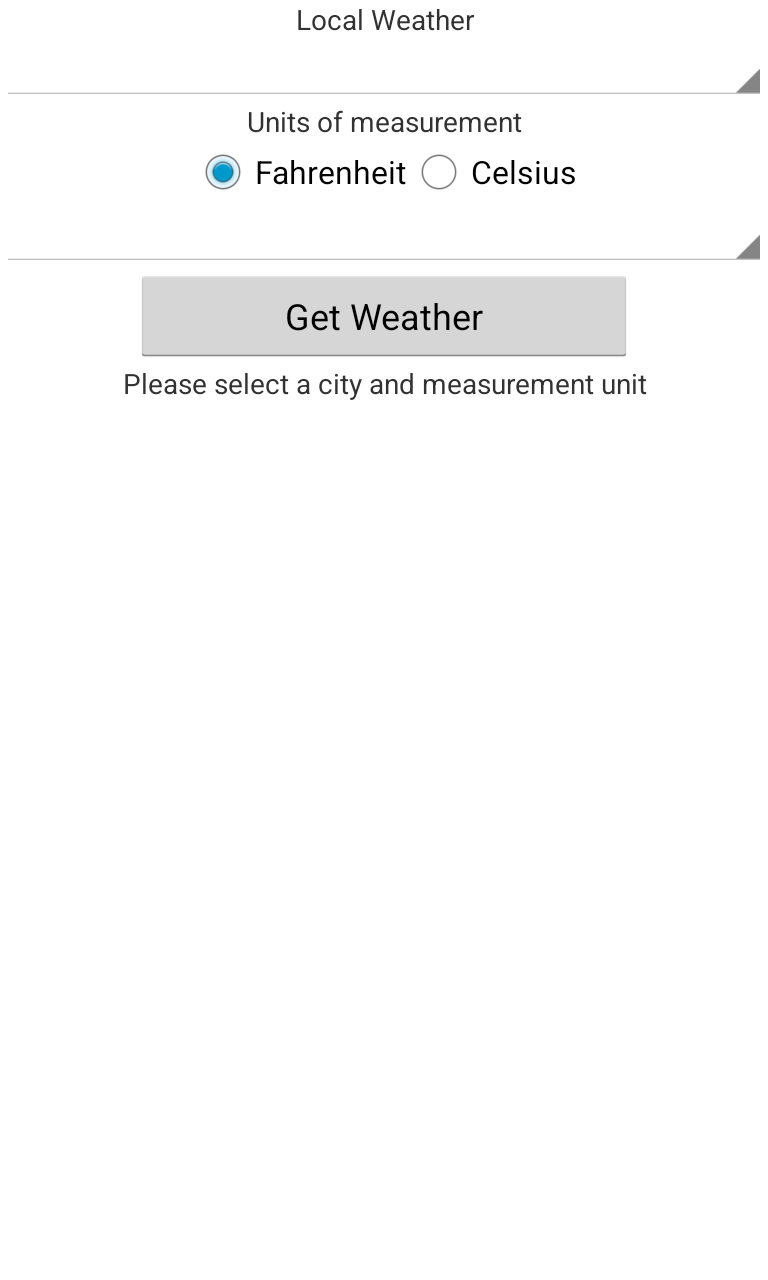
Repository: efreestone/Java1
Layout: Java1Project4/res/layout/activity_main.xml
An editor plug-in stored every save of this project. The layout is shown before and after the next save, followed by the edit.
It is drawn on a 768 x 1280 px phone screen (xhdpi) without system bars, with theme AppTheme; the app's code is not run.

Above is the layout before, as saved 2014-03-26 00:40:11.

After the next save:
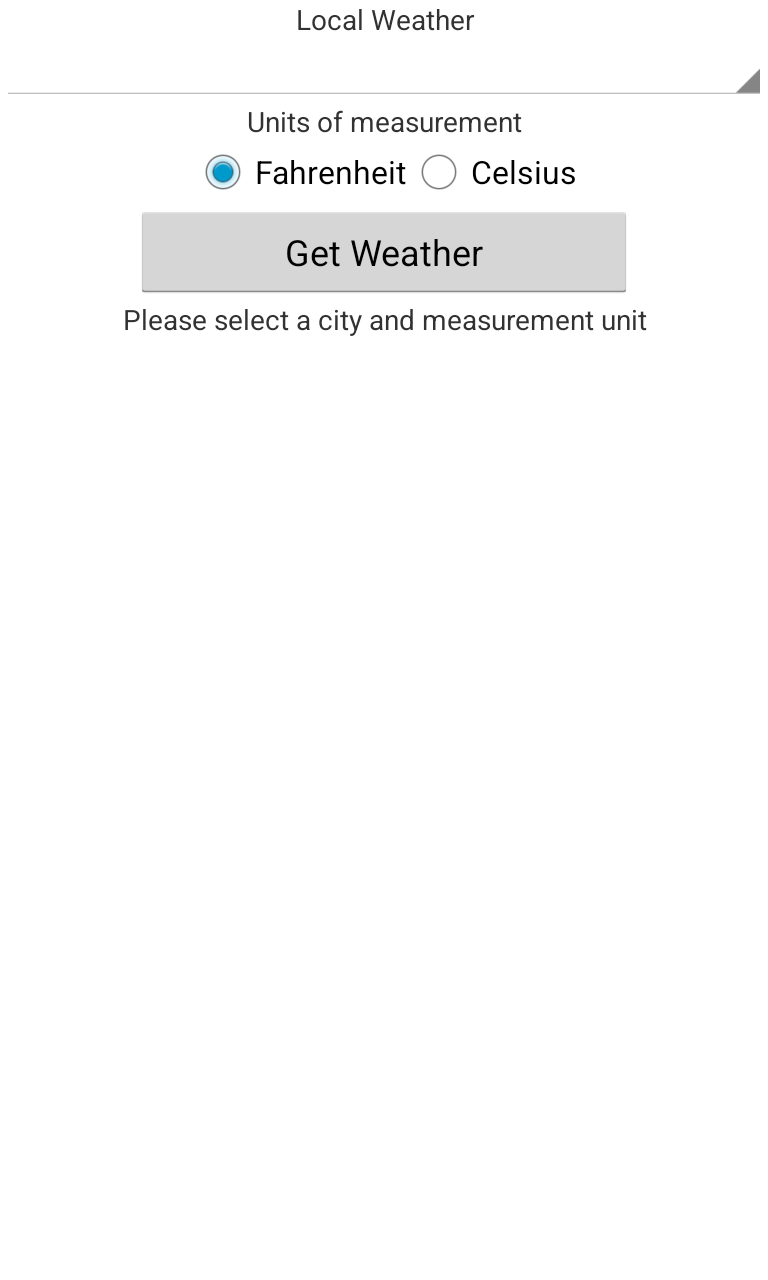
Saved 2 min 16 s later.
--- a/Java1Project4/res/layout/activity_main.xml
+++ b/Java1Project4/res/layout/activity_main.xml
@@ -58,7 +58,7 @@
             android:layout_width="match_parent"
             android:layout_height="wrap_content"
             android:dropDownVerticalOffset="-45dp"
-            />
+            android:background="@android:color/background_dark"/>
 
         <!-- Get Weather Button -->
         <Button

After the save that followed:
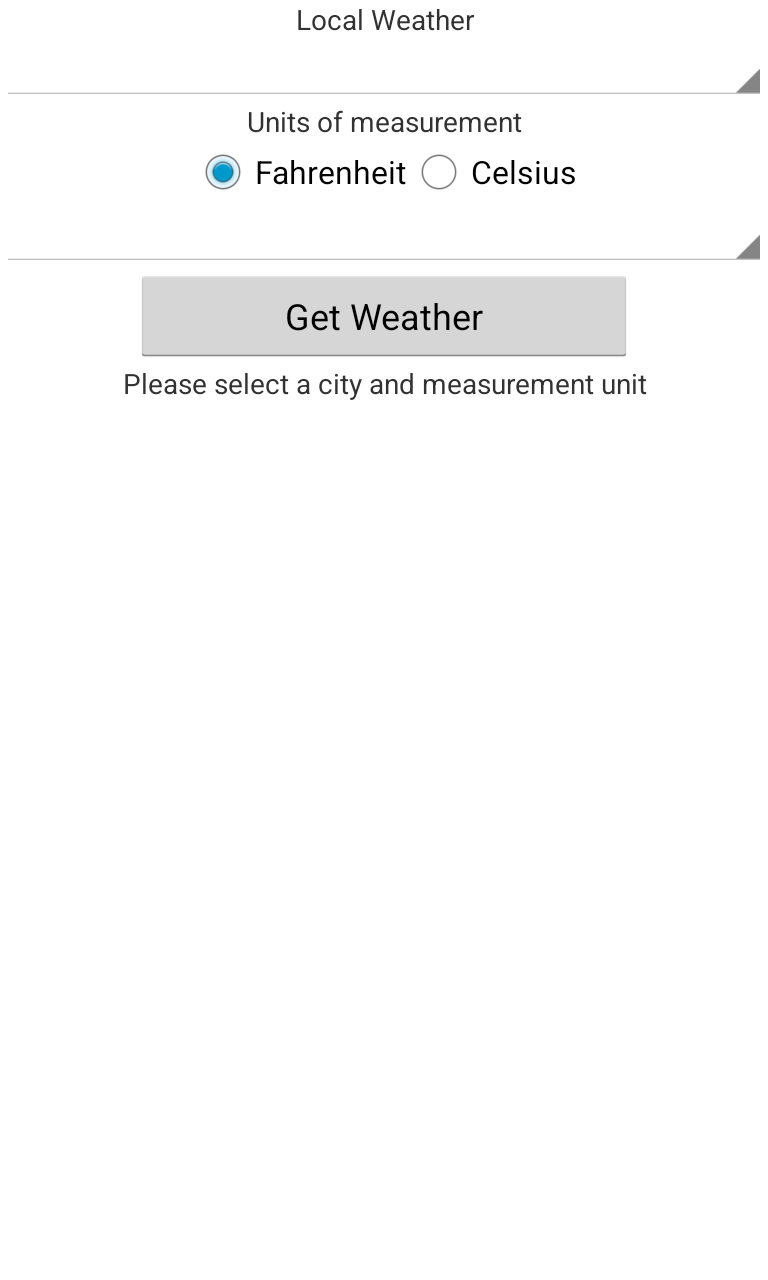
Saved 68 s later.
--- a/Java1Project4/res/layout/activity_main.xml
+++ b/Java1Project4/res/layout/activity_main.xml
@@ -58,7 +58,7 @@
             android:layout_width="match_parent"
             android:layout_height="wrap_content"
             android:dropDownVerticalOffset="-45dp"
-            android:background="@android:color/background_dark"/>
+            android:popupBackground="@android:color/background_dark"/>
 
         <!-- Get Weather Button -->
         <Button
